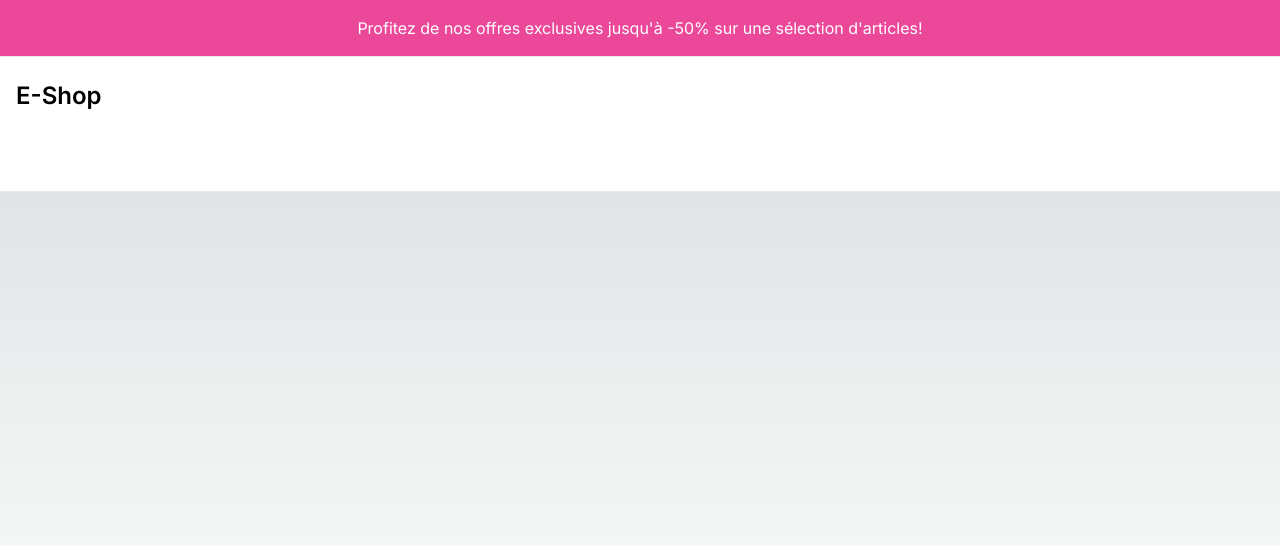
Repository: SDlevelUp/e-shop
Page: /
The author's editor kept a copy of each file at every save. The page is drawn from the files as they stood at one save, then again after a run of saves.
The browser window is 1280 px wide. The pictures show the whole page.
The project was rebuilt for these pictures with package versions that can differ from the ones it lists, and the page was loaded fresh each time. The framework's server and built-in components were replaced by stand-ins that run in the browser. Also part of the build but not shown: next.config.js.

Above is the page before, as saved 2023-08-29 09:12:55.

### src/app/layout.js
import './globals.css'
import { Inter } from 'next/font/google';
import Navbar from '@/components/Navbar/Navbar';
import GlobalState from '@/context';
const inter = Inter({ subsets: ['latin'] })

export const metadata = {
  title: 'E-Shop, votre boutique en ligne',
  description: 'Generated by create next app',
};

export default function RootLayout({ children }) {
  return (
    <html lang="en">
      <head>
        <meta charSet="UTF-8" />
        <meta name="viewport" content="width=device-width, initial-scale=1.0" />
        <title>{metadata.title}</title>
        <meta name="description" content={metadata.description} />
      </head>
      <body className={inter.className}>
        <GlobalState>
          <Navbar />
          <main>{children}</main>
        </GlobalState>
      </body>
    </html>
  )
}

### src/app/page.js
import React from 'react';

function Home() {
  return (
    <main className="flex min-h-screen flex-col items-center justify-between p-24">
      <div>

      </div>
    </main>
  );
}

export default Home;

### src/components/Navbar/Navbar.jsx
"use client";

export default function Navbar() {
    return (
        <>
            <div className="bg-white fixed z-40 w-full top-0 left-0 border-b border-gray-200 h-48">
                <header className="bg-pink-500 z-50 w-full top-0 left-0 border-b border-gray-200 fixed">
                    <div className="max-w-screen-xl flex items-center justify-center mx-auto p-4">
                        <div className="flex items-center cursor-pointer">
                            <span className="text-white">
                                Profitez de nos offres exclusives jusqu'à -50% sur une sélection d'articles!
                            </span>
                        </div>
                    </div>
                </header>

                <nav className="max-w-screen-xl flex items-center justify-between mx-auto p-4 mt-16" >
                    <div className="flex items-center cursor-pointer">
                        <span className="self-center text-2xl font-semibold whitespace-nowrap">
                            E-Shop
                        </span>
                    </div>
                    {/* Supprimez la div vide */}
                </nav>
            </div>
        </>
    );
}

### src/context/index.js
"use client";

import { createContext } from 'react';

export const GlobalContext = createContext(null);

export default function GlobalState({ children }) {
    return (
        <GlobalContext.Provider value={{}}>{children}</GlobalContext.Provider>
    )
}

Loaded but not shown: src/app/globals.css (common file); tailwind.config.js (common file)

After the next 2 saves:
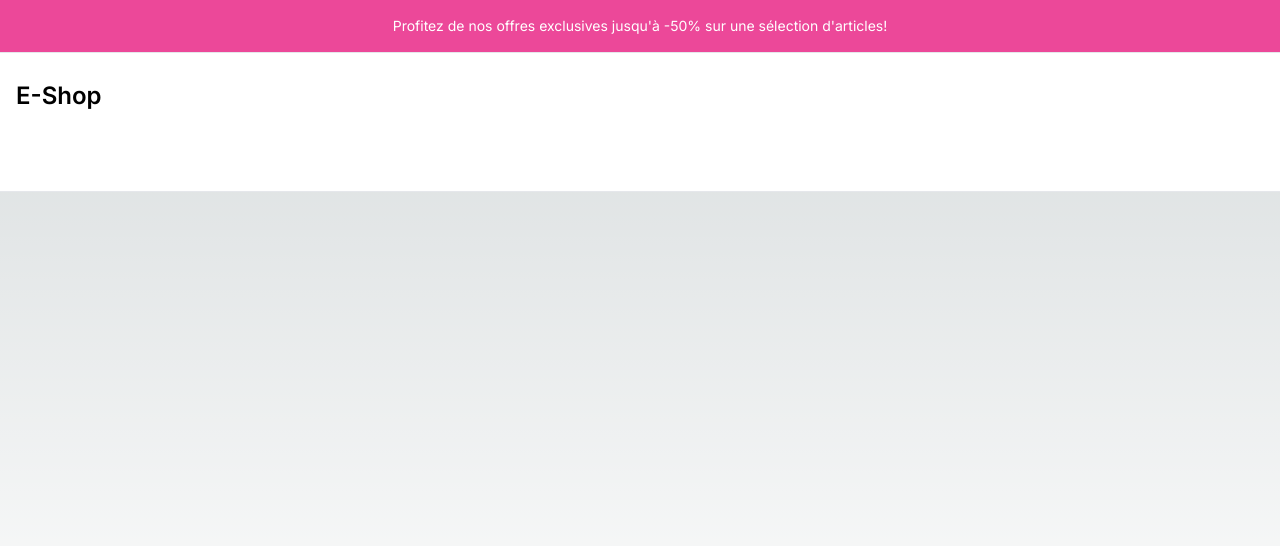
The 2 saves are shown as one change because they came seconds apart.
The last was saved 18 s later.
--- a/src/components/Navbar/Navbar.jsx
+++ b/src/components/Navbar/Navbar.jsx
@@ -7,7 +7,7 @@ export default function Navbar() {
                 <header className="bg-pink-500 z-50 w-full top-0 left-0 border-b border-gray-200 fixed">
                     <div className="max-w-screen-xl flex items-center justify-center mx-auto p-4">
                         <div className="flex items-center cursor-pointer">
-                            <span className="text-white">
+                            <span className="text-white text-sm">
                                 Profitez de nos offres exclusives jusqu'à -50% sur une sélection d'articles!
                             </span>
                         </div>
